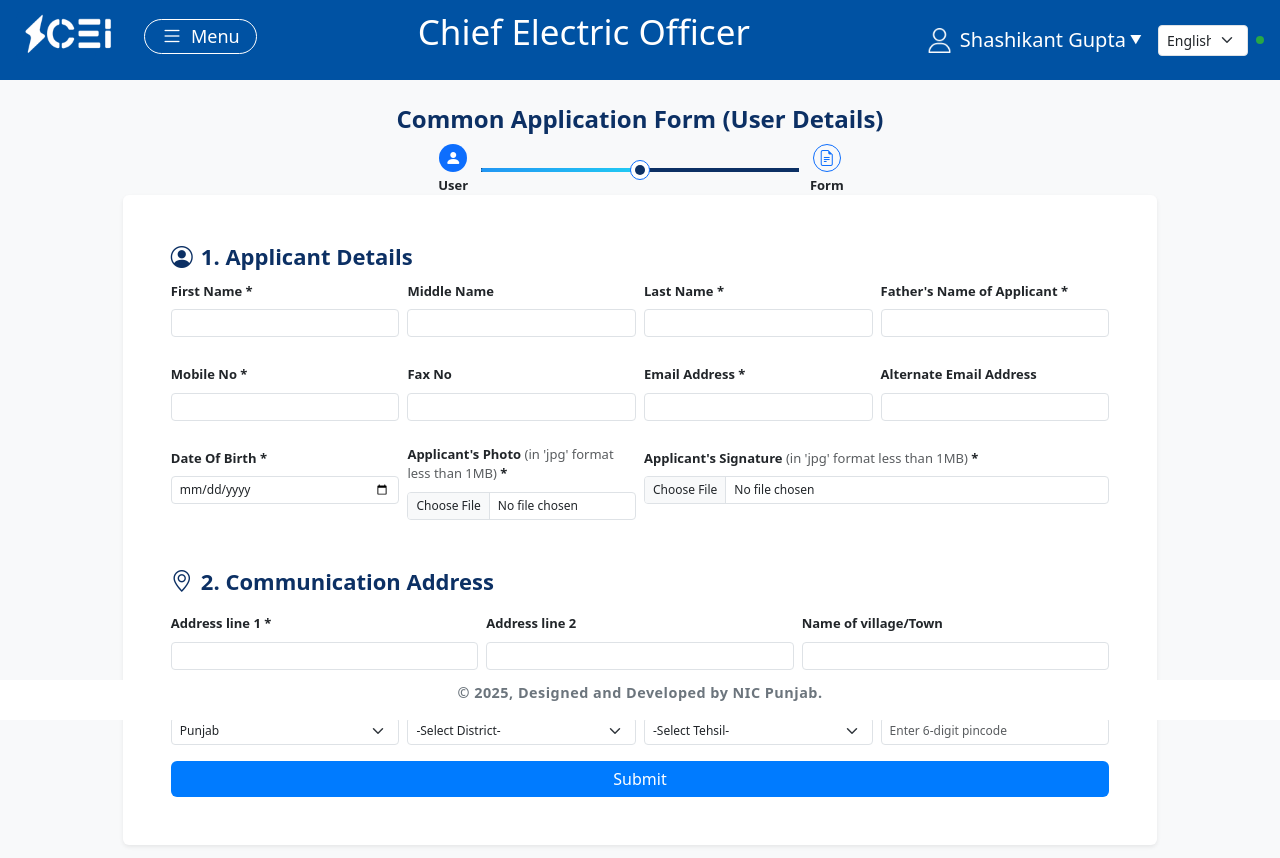
Repository: shashikantdev93-gif/CEI-sept
Page: /RegisterationForm
An editor plug-in stored every save of this project. The page is shown before and after the next save, followed by the edit.
The browser window is 1280 px wide. The pictures show the whole page.
The page's requests for data from a server got no answer. The project was rebuilt for these pictures with package versions that can differ from the ones it lists, and the page was loaded fresh each time. No one was signed in, and anything a server would have sent is missing. Also part of the build but not shown: vite.config.ts, src/styles/sidebar-zoom.css, src/components/PageComponent/Sidebar.tsx, src/components/PageComponent/Header2.tsx, src/components/PageComponent/PageHeader.tsx, src/components/Illustration/Illustration.tsx, src/components/CardContainer/CardContainer.tsx, src/hooks/useFormValidation.ts and 8 more. Imported but missing from the stored project, and not drawn on this page: src/components/ui.

Above is the page before, as saved 2025-07-28 08:38:39.

### src/index.css
:root {
  font-family: Inter, -apple-system, BlinkMacSystemFont, "Segoe UI", Roboto, "Helvetica Neue", Arial, sans-serif, "Apple Color Emoji", "Segoe UI Emoji", "Segoe UI Symbol";
  line-height: 1.5;
  font-weight: 400;

  color-scheme: light dark;
  color: rgba(255, 255, 255, 0.87);
  background-color: #242424;

  font-synthesis: none;
  text-rendering: optimizeLegibility;
  -webkit-font-smoothing: antialiased;
  -moz-osx-font-smoothing: grayscale;
}

a {
  font-weight: 500;
  color: #646cff;
  text-decoration: inherit;
}
a:hover {
  color: #535bf2;
}

/* Global Reset */
*, *::before, *::after {
  margin: 0;
  padding: 0;
  box-sizing: border-box;
}

html, body {
  margin: 0;
  padding: 0;
  width: 100%;
  height: 100%;
}

body {
  margin: 0;
  padding: 0;
}

h1 {
  font-size: 3.2em;
  line-height: 1.1;
}

button {
  border-radius: 8px;
  border: 1px solid transparent;
  padding: 0.6em 1.2em;
  font-size: 1em;
  font-weight: 500;
  font-family: inherit;
  background-color: #1a1a1a;
  cursor: pointer;
  transition: border-color 0.25s;
}
button:hover {
  border-color: #646cff;
}
button:focus,
button:focus-visible {
  outline: 4px auto -webkit-focus-ring-color;
}

@media (prefers-color-scheme: light) {
  :root {
    color: #213547;
    background-color: #ffffff;
  }
  a:hover {
    color: #747bff;
  }
  button {
    background-color: #f9f9f9;
  }
}

### src/App.tsx
import Router from "./router/router";
import './App.css'
import './styles/main.css'
import "bootstrap-icons/font/bootstrap-icons.css";

function App() {

  return <Router />;

}

export default App

### src/router/router.tsx

import { BrowserRouter as Router, Routes, Route } from "react-router-dom";
import BaseLayout from "../layouts/BaseLayout";
import Login from "../pages/login/login";
import Signup from "../pages/signup/signup";
import Register from "../pages/register/register";


const RouterPage = () => (
  <Router>
    <Routes>
      <Route path="/" element={<Login />} />
      <Route path="/login" element={<Login />} />
      <Route path="/signup" element={<Signup />} />
      <Route
        path="/RegisterationForm"
        element={
          <BaseLayout headerType="Header1">
            <Register />
          </BaseLayout>
        }
      />
    </Routes>
  </Router>
);

export default RouterPage;

### src/App.css
#root {
  margin: 0;
  padding: 0;
  width: 100%;
  height: 100%;
}

.logo {
  height: 6em;
  padding: 1.5em;
  will-change: filter;
  transition: filter 300ms;
}
.logo:hover {
  filter: drop-shadow(0 0 2em #646cffaa);
}
.logo.react:hover {
  filter: drop-shadow(0 0 2em #61dafbaa);
}

@keyframes logo-spin {
  from {
    transform: rotate(0deg);
  }
  to {
    transform: rotate(360deg);
  }
}

@media (prefers-reduced-motion: no-preference) {
  a:nth-of-type(2) .logo {
    animation: logo-spin infinite 20s linear;
  }
}

.card {
  padding: 2em;
}

.read-the-docs {
  color: #888;
}

### src/styles/main.css

/***************************/
  /***** Login Page *****/
/**************************/
.login-bg {
  background: linear-gradient(135deg, #f5f7fa 0%, #c3cfe2 100%);
  font-family: Inter, -apple-system, BlinkMacSystemFont, "Segoe UI", Roboto, "Helvetica Neue", Arial, sans-serif;
  width: 100vw;
  height: 100vh;
  margin: 0;
  padding: 2px;
}

.login-left {
  padding-left: 1.5rem !important;
  padding-right: 1.5rem !important;
  padding-top: .1rem !important;
  padding-bottom: .1rem !important;
}

.login-logo-box {
  height: 50px;
  margin-bottom: 30px;
  width: 110px;
  background-color: #0c3064;
  border-radius: 8px;
  display: flex;
  align-items: center;
}

.login-signup-link {
  text-decoration: none;
  font-size: 14px;
}

.login-divider {
  width: 1px;
  background: #e0e0e0;
  min-height: 5%;
  margin: 0 0px;
}

.login-right {
  background-color: #f8f9fa;
}


/******************************************/
/* Signup page logo box - desktop styles */
/*****************************************/

.signup-logo-box {
  height: 50px;
  margin-bottom: 30px;
  width: 75px;
  background-color: #0c3064;
  border-radius: 8px;
  display: flex;
  align-items: center;
}


.card-container {
  max-width: 1000px;
  min-width: 700px;
}

/*********************/
/* Registeration Page */
/*********************/
.registeration-bg {
  --bs-font-size-sm: 16px;
}

.registeration-bg .fw-semibold {
  font-weight: 700 !important;
}

.registeration-bg .small {
  font-size: 13px !important;
}

.registeration-bg .form-control,
.registeration-bg .form-select {
  font-size: 12px !important;
  font-weight: 500 !important;
}

.registeration-bg .text-muted {
  font-size: 13px !important;
  font-weight: 400 !important;
}

.registeration-bg h6 {
  font-size: 22px !important;
  font-weight: 700 !important;
}

.registeration-bg h4 {
  font-size: 24px !important;
  font-weight: 700 !important;
}

.registeration-logo-box {
  border-radius: 8px;
  display: flex;
  align-items: center;
  background-color: #0c3064;
  width:80px
}

@media (max-width: 575.98px) {

  .card-container {
    max-width: 100% !important;
    min-width: 100% !important;
    padding: 0.5rem !important;
  }


  .login-bg {
    padding: 8px !important;
  }


  .container .row .login-left,
  .container .row .col-md-7.login-left,
  div.row div.col-md-7 {
    padding: 0rem !important;
    max-width: 100% !important;
    flex: 0 0 100% !important;
    width: 100% !important;
    margin-left: 0 !important;
    margin-right: 0 !important;
    gap:15px;
  }


  .login-divider {
    display: none !important;
  }

  .container .row .login-right,
  .container .row .col-md-4.login-right,
  div.row div.col-md-4,
  .col-md-4.login-right {
    display: none !important;
    visibility: hidden !important;
    width: 0 !important;
    flex: 0 0 0% !important;
    max-width: 0 !important;
    overflow: hidden !important;
  }


  .login-logo-box {
    width: 100% !important;
    height: auto !important;
    margin-bottom: 20px !important;
    flex-direction: column !important;
    padding: 10px !important;
  }


  .login-logo-box .mb-4 {
    margin-bottom: 0 !important;
    flex-direction: column !important;
    align-items: center !important;
    text-align: center !important;
    gap: 20px !important;
  }


  .login-logo-box img {
    margin: 0 !important;
    margin-bottom: 8px !important;
  }


  .login-logo-box span {
    margin: 0 !important;
    text-align: center !important;
    font-size: 18px !important;
  }


  .login-logo-box div {
    flex-direction: column !important;
    align-items: center !important;
    text-align: center !important;
  }

  .login-logo-box div img {
    margin: 0 0 8px 0 !important;
  }

  .login-logo-box div span {
    margin: 0 !important;
    font-size: 20px !important;
    line-height: 1.2 !important;
    text-align: center !important;
    color: white !important;
  }


  .login-signup-link {
    font-size: 12px !important;
  }


  .card,
  .row {
    width: 100% !important;
    max-width: 100% !important;
  }

  [class*="col-md-4"] {
    display: none !important;
  }

  [class*="col-md-7"] {
    flex: 0 0 100% !important;
    max-width: 100% !important;
    width: 100% !important;
  }

  .signup-logo-box {
    width: 100% !important;
    height: 100px !important;
    margin-bottom: 20px !important;
    flex-direction: column !important;
    padding: 10px !important;
    margin-top: 10px;
  }

  .signup-logo-box .mb-4 {
    margin-bottom: 0 !important;
    flex-direction: column !important;
    align-items: center !important;
    text-align: center !important;
    gap: 20px !important;
  }

  .signup-logo-box img {
    margin: 0 !important;
    margin-bottom: 8px !important;
  }

  .signup-logo-box span {
    margin: 0 !important;
    text-align: center !important;
    font-size: 18px !important;
  }

  .signup-logo-box div {
    flex-direction: column !important;
    align-items: center !important;
    text-align: center !important;
  }

  .signup-logo-box div img {
    margin: 0 0 8px 0 !important;
  }

  .signup-logo-box div span {
    margin: 0 !important;
    font-size: 20px !important;
    line-height: 1.2 !important;
    text-align: center !important;
    color: white !important;
  }
}

@media (min-width: 576px) and (max-width: 768px) {
  .card-container {
    max-width: 90% !important;
    min-width: 600px;
  }

  .login-bg {
    padding: 4px;
  }

  .login-left {
    padding: 1.25rem !important;
    max-width: 65% !important;
    flex: 0 0 65% !important;
  }

  .login-logo-box {
    width: 70px;
    height: 45px;
    margin-bottom: 25px;
  }

  .login-right {
    max-width: 35% !important;
    flex: 0 0 35% !important;
  }
}

html, body {
  margin: 0;
  padding: 0;
  box-sizing: border-box;
}

*, *::before, *::after {
  box-sizing: border-box;
}

### src/layouts/BaseLayout.tsx
import React from 'react';
import Header1 from '../components/PageComponent/Header1';
import Header2 from '../components/PageComponent/Header2';

type HeaderType = 'Header1' | 'Header2' | 'none';

interface BaseLayoutProps {
  headerType?: HeaderType;
  children: React.ReactNode;
}

const BaseLayout: React.FC<BaseLayoutProps> = ({ headerType = 'Header1', children }) => {
  const headers: Record<Exclude<HeaderType, 'none'>, React.ReactElement> = {
    Header1: <Header1 />,
    Header2: <Header2 />,
  };

  return (
    <>
      {headerType !== 'none' && headers[headerType]}
      <main>{children}</main>
    </>
  );
};

export default BaseLayout;

### src/components/Logo/Logo.tsx
import React from "react";

interface LogoProps {
  title?: string;
  subtitle?: string;
  titleColor?: string;
}

const Logo: React.FC<LogoProps & { subtitleColor?: string }> = ({
  title = "Chief Electric ",
  subtitle = "Inspector",
  titleColor = "#0c3064",
  subtitleColor = "#0c3064",
}) => {
  return (
    <div className="mb-4 d-flex align-items-center">
      <img
        src="/assets/images/cei_logo.jpg"
        alt="Logo"
        style={{ height: "40px", width: "90px", marginTop: "20px", marginLeft: "8px" }}
      />
      <span className="fw-bold" style={{ fontSize: "27px", height: "30px", marginTop: "10px", marginLeft: "17px", color: titleColor, whiteSpace: "nowrap" }}>
        {title} <span style={{ color: subtitleColor }}>{subtitle}</span>
      </span>
    </div>
  );
};

export default Logo;

### src/components/Footer/Footer.tsx
import React from "react";

interface FooterProps {
  text?: string;
}

const Footer: React.FC<FooterProps> = ({
  text = "© 2025, Designed and Developed by NIC Punjab."
}) => {
  return (
    <div className="position-fixed bottom-0 w-100 text-center pb-3 bg-white" style={{ left: 0 }}>
      <span style={{ fontSize: '.9em', fontWeight: 800, color: '#6c757d', letterSpacing: '0.5px' }}>
        {text}
      </span>
    </div>
  );
};

export default Footer;

### src/utils/index.ts
export { default as authService } from './authService';
export * from './validators';
export * from './navigation';

### src/lib/index.ts
export { default as encryptionService } from './encryptionService';
export { default as API_CONFIG } from './config';

### src/utils/validators.ts

export interface ValidationResult {
  isValid: boolean;
  error?: string;
}

export class FormValidators {

  static required(value: string): ValidationResult {
    if (!value || value.trim().length === 0) {
      return {
        isValid: false,
        error: 'This field is required',
      };
    }
    return { isValid: true };
  }

static minLength(value: string, min: number): ValidationResult {
    if (value.length < min) {
      return {
        isValid: false,
        error: `Minimum length is ${min} characters`,
      };
    }
    return { isValid: true };
  }

static maxLength(value: string, max: number): ValidationResult {
    if (value.length > max) {
      return {
        isValid: false,
        error: `Maximum length is ${max} characters`,
      };
    }
    return { isValid: true };
  }

static email(value: string): ValidationResult {
    const emailRegex = /^[^\s@]+@[^\s@]+\.[^\s@]+$/;
    if (!emailRegex.test(value)) {
      return {
        isValid: false,
        error: 'Please enter a valid email address',
      };
    }
    return { isValid: true };
  }

static noSpaces(value: string): ValidationResult {
    const hasSpace = /\s/.test(value);
    if (hasSpace) {
      return {
        isValid: false,
        error: 'Spaces are not allowed',
      };
    }
    return { isValid: true };
  }

static username(value: string): ValidationResult {
    const requiredCheck = this.required(value);
    if (!requiredCheck.isValid) return requiredCheck;

    const minLengthCheck = this.minLength(value, 3);
    if (!minLengthCheck.isValid) return minLengthCheck;

    return { isValid: true };
  }

static password(value: string): ValidationResult {
    const requiredCheck = this.required(value);
    if (!requiredCheck.isValid) return requiredCheck;

    const minLengthCheck = this.minLength(value, 6);
    if (!minLengthCheck.isValid) return minLengthCheck;

    return { isValid: true };
  }

static captcha(value: string): ValidationResult {
    const requiredCheck = this.required(value);
    if (!requiredCheck.isValid) return requiredCheck;

    const lengthCheck = this.minLength(value, 4);
    if (!lengthCheck.isValid) return lengthCheck;

    const maxLengthCheck = this.maxLength(value, 4);
    if (!maxLengthCheck.isValid) return maxLengthCheck;

    return { isValid: true };
  }
}

### src/utils/navigation.ts

import type{ RoleName } from '../types';
import toast from 'react-hot-toast';

export class NavigationService {

  static getDashboardRoute(roleName: RoleName): string {
    let route: string;

    switch (roleName) {
      case 'CONS':
        route = '/dashboard';
        break;
      case 'XEN':
      case 'SUPP':
      case 'SDO':
      case 'CEI':
      case 'SUPT':
      case 'NDOF':
      case 'CLRK':
        route = '/dashboard/officer-dashboard';
        break;
      case 'ADMN':
        route = '/dashboard/admin-dashboard';
        break;
      case 'LICS':
        route = '/dashboard/license-dashboard';
        break;
      default:
        route = '/dashboard';
        break;
    }

    return route;
  }

static checkUserProfileStatus(userProfileId: string, projectSiteId: string, roleName: RoleName): string | null {
    console.log('NavigationService.checkUserProfileStatus called with:');
    console.log('  - userProfileId:', userProfileId, 'type:', typeof userProfileId);
    console.log('  - projectSiteId:', projectSiteId, 'type:', typeof projectSiteId);
    console.log('  - roleName:', roleName);

    // Only redirect to registration form if userProfileId is "0"
    if (userProfileId === "0") {
      const route = '/CommonApplicationFormUserDetails';
      console.log('NavigationService - userProfileId is "0", returning registration route:', route);
      return route;
    }

    if (userProfileId !== "0" && projectSiteId === "0") {
      const route = '/CommonApplicationFormEstablished';
      console.log('NavigationService - userProfileId filled but projectSiteId is "0", returning established form route:', route);
      return route;
    }

    // For all other cases, return null to allow normal navigation
    console.log('NavigationService - userProfileId is not "0", allowing normal navigation');
    return null;
  }
}
export class ToastService {
  static success(message: string): void {
    toast.success(message, {
      duration: 3000,
      position: 'top-right',
    });
  }

  static error(message: string): void {
    toast.error(message, {
      duration: 4000,
      position: 'top-right',
    });
  }

  static warning(message: string): void {
    toast(message, {
      icon: '⚠️',
      duration: 3000,
      position: 'top-right',
    });
  }

  static info(message: string): void {
    toast(message, {
      icon: 'ℹ️',
      duration: 3000,
      position: 'top-right',
    });
  }
}

### src/lib/encryptionService.ts
import * as forge from 'node-forge';
import * as CryptoJS from 'crypto-js';

class EncryptionService {
  private publicKeyPem: string;
  private ki: string;
  private iv: string;

  constructor() {
    this.publicKeyPem = `-----BEGIN PUBLIC KEY-----
MIIBIjANBgkqhkiG9w0BAQEFAAOCAQ8AMIIBCgKCAQEAwjsOR/w7ExDCRyZyrGVW
xkiJDBaIoNHYABOnpctmmcKA+G0oEWsBhOsmI98Tsx6w47Bwokc43aulzyw2phiV
h0+lU+kno9mnrxzfRCJWwknK7tfkY2ZfkizyLJZQljqX4o7r14y5BAEMgUWiN3Xt
Vrs0fgyw954To+G/803gsaaodbr4CVUDOaLnWAn3mjSKLfU3cK9Bug59AObhcwsM
lVKA72JF2wC4IERMGgCbRjgISSjpLmaEmF8IOLfFneQY+8QDlu80ob7mA/JV74dD
vr7UlGZ+bwKx6rz7Mg7nWRUvgR5RKsZh/muyeVi4pBwuAlehblQ9FnjR6YM/4eB1
+QIDAQAB
-----END PUBLIC KEY-----`;

    this.ki = 'ruX(aPP4X1sL9LnvA2M^a$K17mKZS6LC';
    this.iv = 'VcHa4Mn*gUvDujnN';
  }

setForm(data: string): { encryptedData1: string, encryptedData2: string, encryptedData3: string } {
    const aesKey = forge.random.getBytesSync(32);
    const iv = forge.random.getBytesSync(16);
    const cipher = forge.cipher.createCipher('AES-CBC', aesKey);
    cipher.start({ iv: iv });
    cipher.update(forge.util.createBuffer(data, 'utf8'));
    cipher.finish();
    const encryptedData1 = forge.util.encode64(cipher.output.getBytes());
    const rsa = forge.pki.publicKeyFromPem(this.publicKeyPem);
    const encryptedData2 = forge.util.encode64(rsa.encrypt(aesKey, 'RSA-OAEP', { md: forge.md.sha256.create() }));
    const encryptedData3 = forge.util.encode64(iv);
    const result = { encryptedData1, encryptedData2, encryptedData3 };
    return result;
  }

set(value: string): string {
    const key = CryptoJS.enc.Utf8.parse(this.ki);
    const iv = CryptoJS.enc.Utf8.parse(this.iv);
    const encrypted = CryptoJS.AES.encrypt(
      CryptoJS.enc.Utf8.parse(value.toString()),
      key,
      {
        keySize: 128 / 8,
        iv: iv,
        mode: CryptoJS.mode.CBC,
        padding: CryptoJS.pad.Pkcs7,
      }
    );

    const result = encrypted.toString();
    return result;
  }

get(value: string): string {
    const key = CryptoJS.enc.Utf8.parse(this.ki);
    const iv = CryptoJS.enc.Utf8.parse(this.iv);
    const decrypted = CryptoJS.AES.decrypt(value, key, {
      keySize: 128 / 8,
      iv: iv,
      mode: CryptoJS.mode.CBC,
      padding: CryptoJS.pad.Pkcs7,
    });

    const result = decrypted.toString(CryptoJS.enc.Utf8);
    return result;
  }

decrypt(value: string): string {
    return this.get(value);
  }

encrypt(value: string): string {
    return this.set(value);
  }

debugEncryption = (value: string) => {
const encrypted = this.set(value);
console.log('🔐 [ENCRYPTION-DEBUG] Input:', value);
console.log('🔐 [ENCRYPTION-DEBUG] Output:', encrypted);
console.log('🔐 [ENCRYPTION-DEBUG] Output length:', encrypted.length);
console.log('🔐 [ENCRYPTION-DEBUG] Contains Base64 chars:', /[+/=]/.test(encrypted));
return encrypted;
};

}


const encryptionService = new EncryptionService();

export default encryptionService;

### src/lib/config.ts

const API_CONFIG = {
  BASE_URL: import.meta.env.VITE_API_URL || 'http://localhost:5143/api',

  ENDPOINTS: {
    AUTH: {
      LOGIN: '/Auth/Login',
      CAPTCHA: '/Auth/GetCaptchaImage',
      LOGOUT: '/Auth/Logout',
      REFRESH_TOKEN: '/Auth/RefreshToken',
    },
    USER: {
      PROFILE: '/User/Profile',
      UPDATE_PROFILE: '/User/UpdateProfile',
    },
  },

  TIMEOUT: 30000,

  DEFAULT_HEADERS: {
    'Content-Type': 'application/json',
    'Accept': 'application/json',
  },
};

export default API_CONFIG;

Loaded but not shown: index.html (common file); src/main.tsx (common file); src/pages/register/register.tsx (298 lines, source omitted); src/lib/interceptor.ts (340 lines, source omitted); src/hooks/useAuth.ts (214 lines, source omitted); src/utils/authService.ts (191 lines, source omitted); src/components/PageComponent/Header1.tsx (133 lines, source omitted)

After the next save:
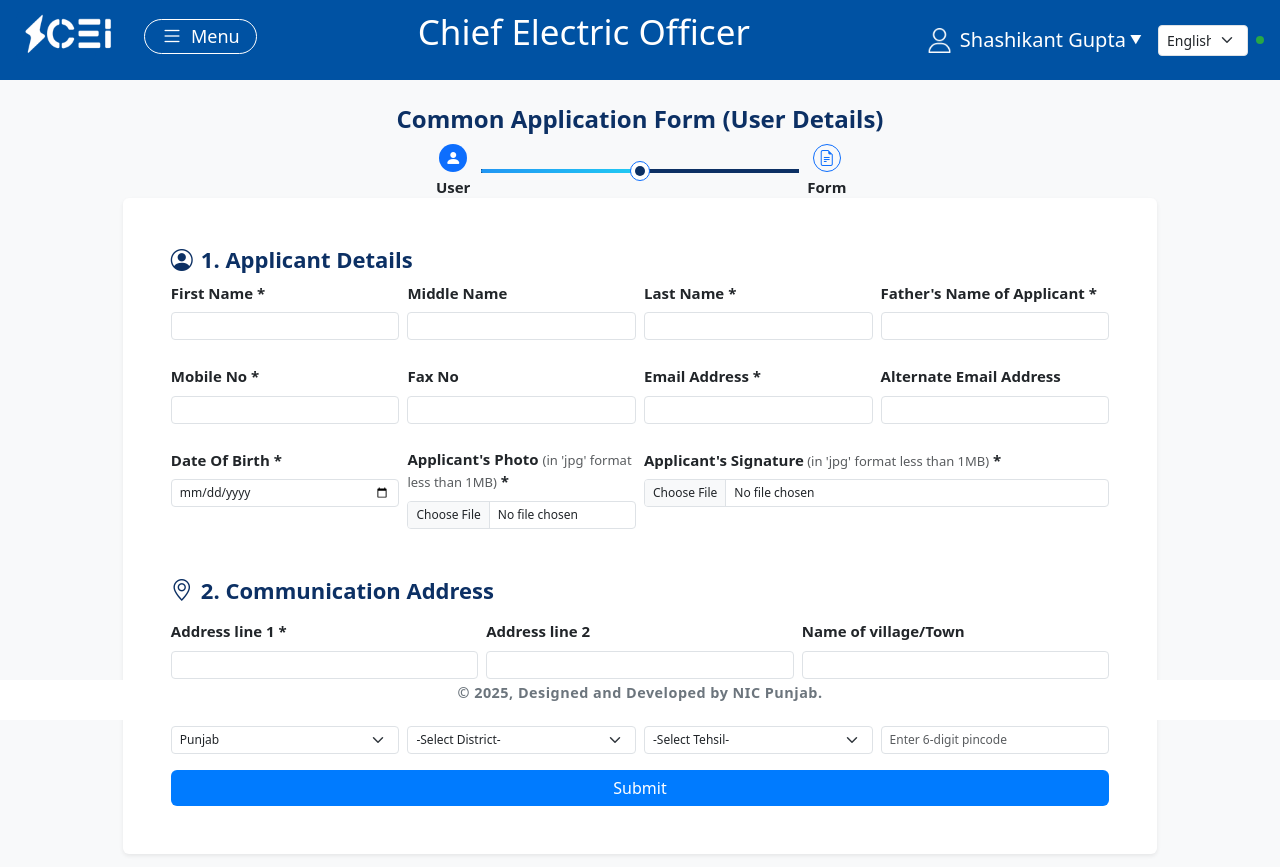
Saved 4 s later.
--- a/src/styles/main.css
+++ b/src/styles/main.css
@@ -77,7 +77,7 @@
 }
 
 .registeration-bg .small {
-  font-size: 13px !important;
+  font-size: 15px !important;
 }
 
 .registeration-bg .form-control,
